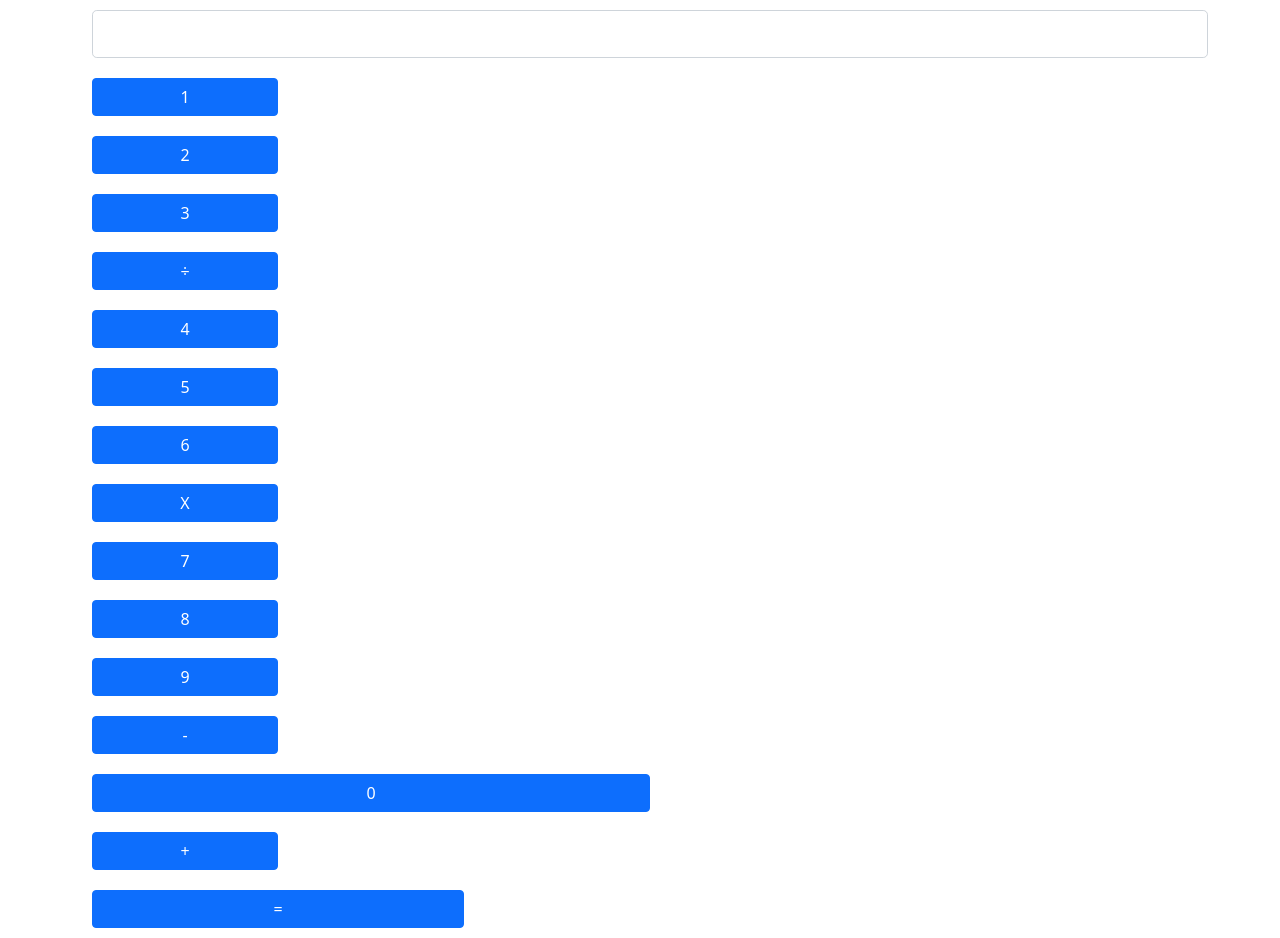
Repository: jsakdalan/CalculatorReactTypescript
Page: /
These files come from the project's save history. The page is drawn as it stood at one moment and after the next save; the edit follows.
The browser window is 1280 px wide. The pictures show the whole page.
The project was rebuilt for these pictures with package versions that can differ from the ones it lists, and the page was loaded fresh each time. Also part of the build but not shown: src/App.css.

Above is the page before, as saved 2022-06-07 16:15:29.

After the next save:
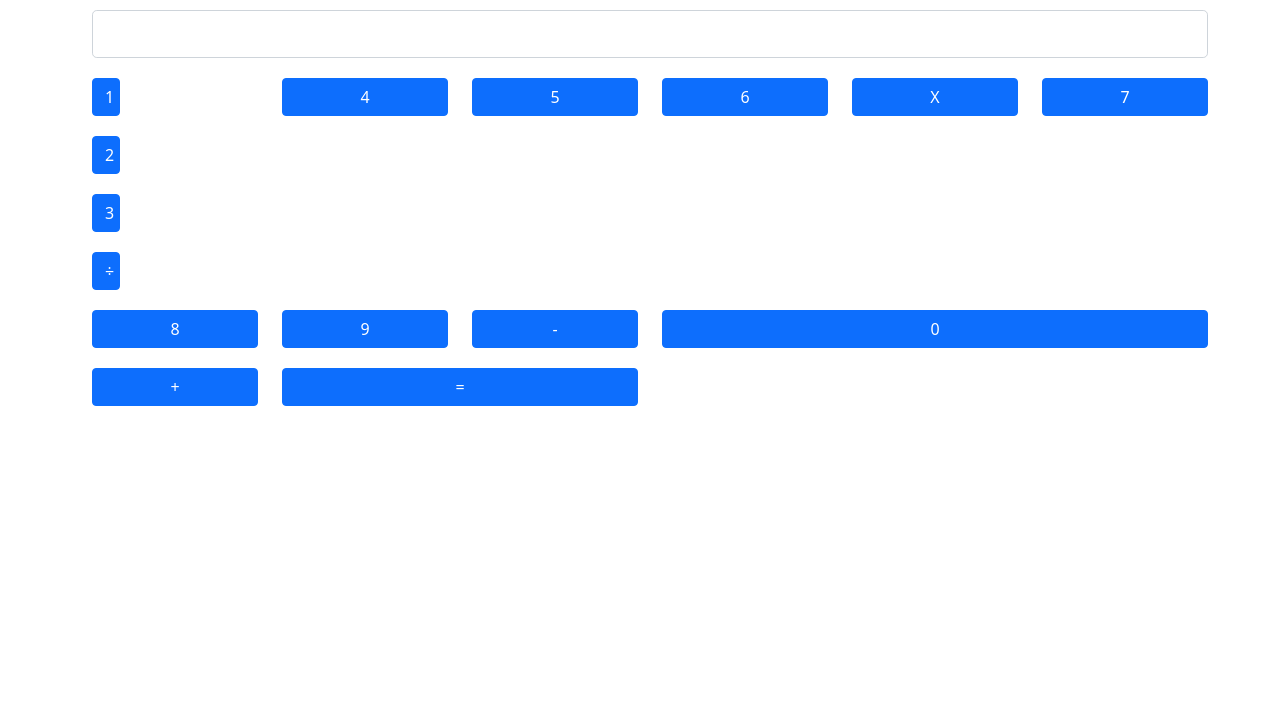
Saved 104 s later.
--- a/src/pages/Calculator.tsx
+++ b/src/pages/Calculator.tsx
@@ -49,7 +49,7 @@ export default function TextEditor(){
                         <Col md={2}><Buttons styling="numerical" btnNumber="2"/></Col>
                         <Col md={2}><Buttons styling="numerical" btnNumber="3"/></Col>
                         <Col md={2}><Buttons styling="operational" btnNumber="&#247;"/></Col>
-
+                        </Col>
                         <Col md={2}><Buttons styling="numerical" btnNumber="4"/></Col>
                         <Col md={2}><Buttons styling="numerical" btnNumber="5"/></Col>
                         <Col md={2}><Buttons styling="numerical" btnNumber="6"/></Col>
@@ -64,7 +64,6 @@ export default function TextEditor(){
                         <Col md={2}><Buttons styling="numerical" btnNumber="+"/></Col>
 
                         <Col md={4}><Buttons styling="numerical" btnNumber="="/></Col>
-                    </Col>
                 </Row>
             </Container>
         </>
